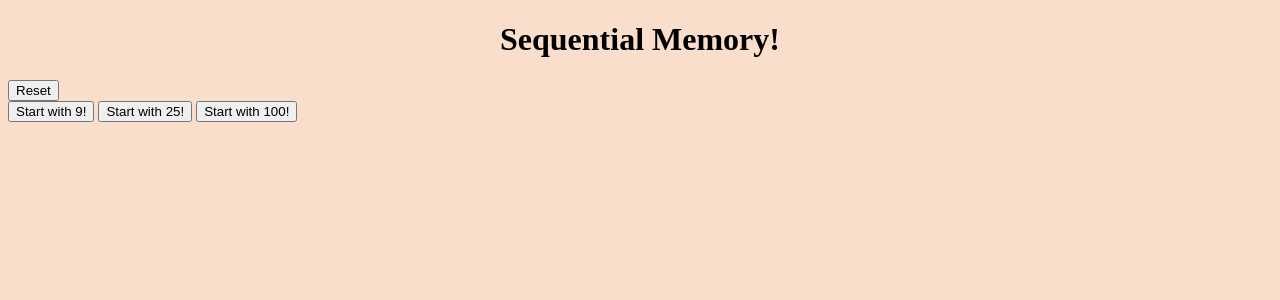
Repository: HyveMynd/htdocs
Page: PS1/MemoryNumbers.html
The author's editor kept a copy of each file at every save. The page is drawn from the files as they stood at one save, then again after the next save.
The browser window is 1280 px wide. The pictures show the whole page.
Some web libraries are served in a nearby version.

Above is the page before, as saved 2013-01-22 04:24:08.

After the next save:
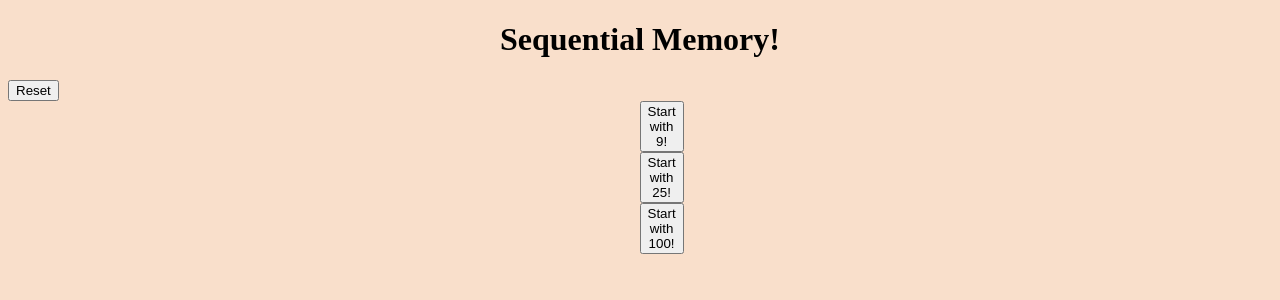
Saved 13 s later.
--- a/PS1/MemoryStyle.css
+++ b/PS1/MemoryStyle.css
@@ -20,7 +20,7 @@ p {text-align:center; font-size:30px}
 	color:#faaaab;
 }
 .select {
-	height:1px;
+	width:1px;
 	margin-left:auto;
 	margin-right:auto;
 }
